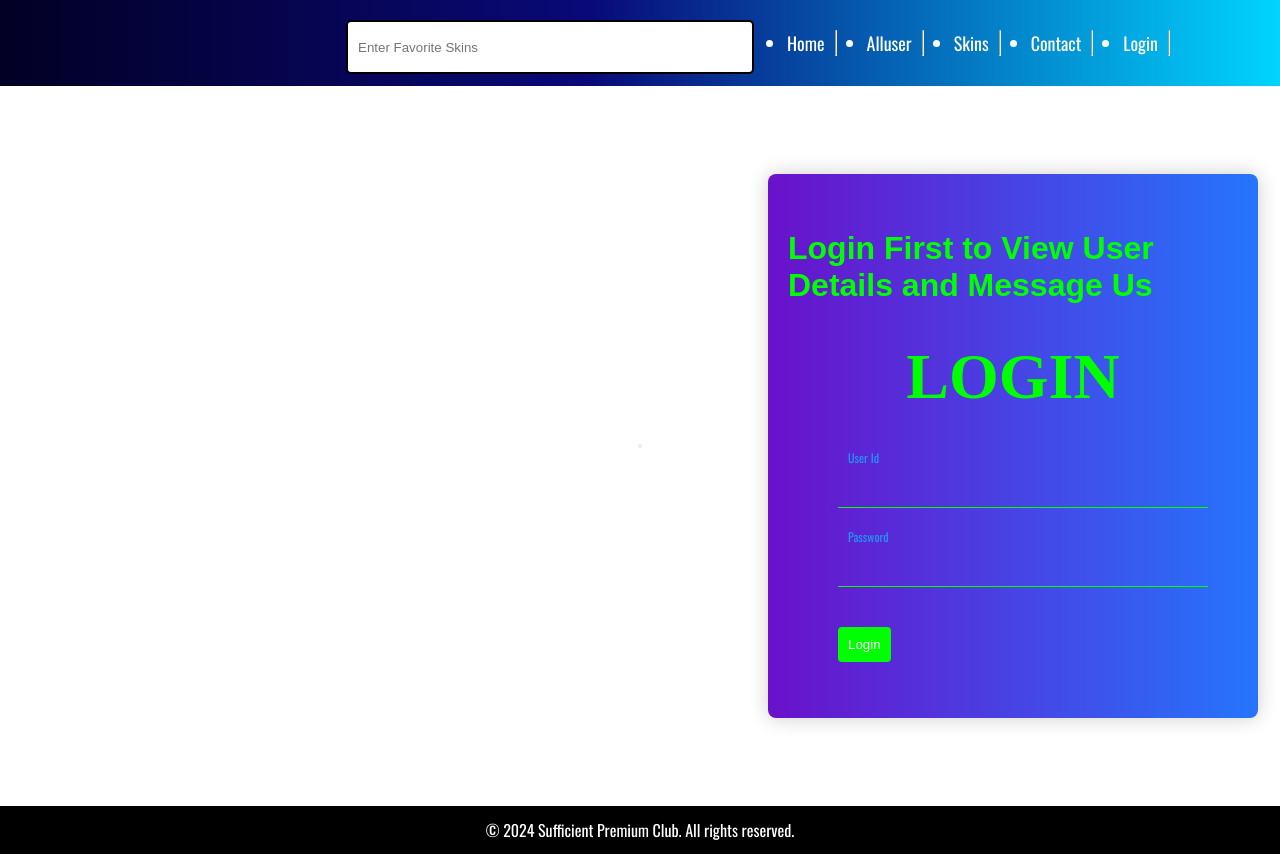
Repository: TechMukul/new
Page: /Login
The author's editor kept a copy of each file at every save. The page is drawn from the files as they stood at one save, then again after the next save.
The browser window is 1280 px wide. The pictures show the whole page.
Some web fonts or font styles are not loaded; a fallback is used. The project was rebuilt for these pictures with package versions that can differ from the ones it lists, and the page was loaded fresh each time. The framework's server and built-in components were replaced by stand-ins that run in the browser. Also part of the build but not shown: next.config.mjs.

Above is the page before, as saved 2024-08-09 15:15:28.

After the next save:
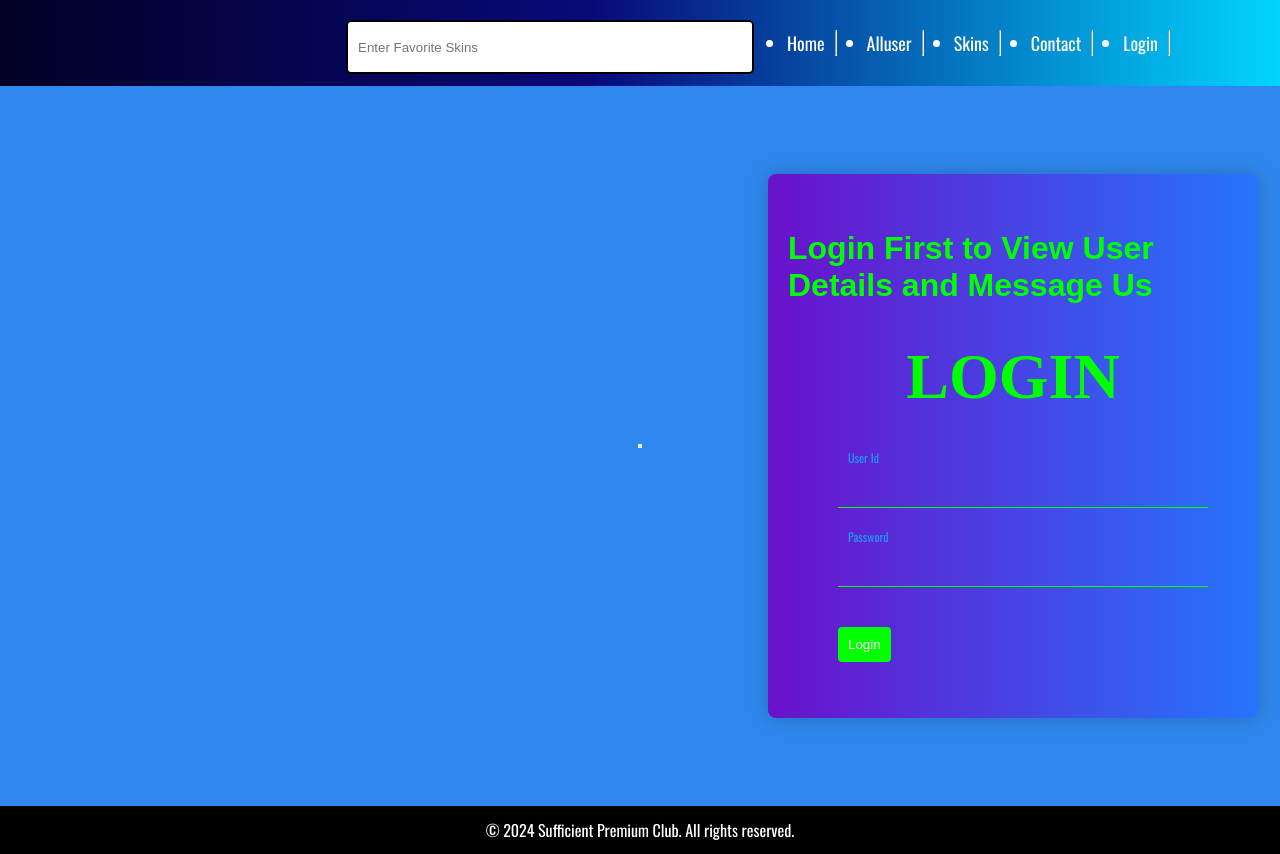
Saved 13 s later.
--- a/pages/Login/index.module.scss
+++ b/pages/Login/index.module.scss
@@ -39,7 +39,7 @@
 
 .loginContainer {
   position: relative;
-
+  background: #2f87ed;
   z-index: 1;
   display: flex;
   flex-direction: column;
